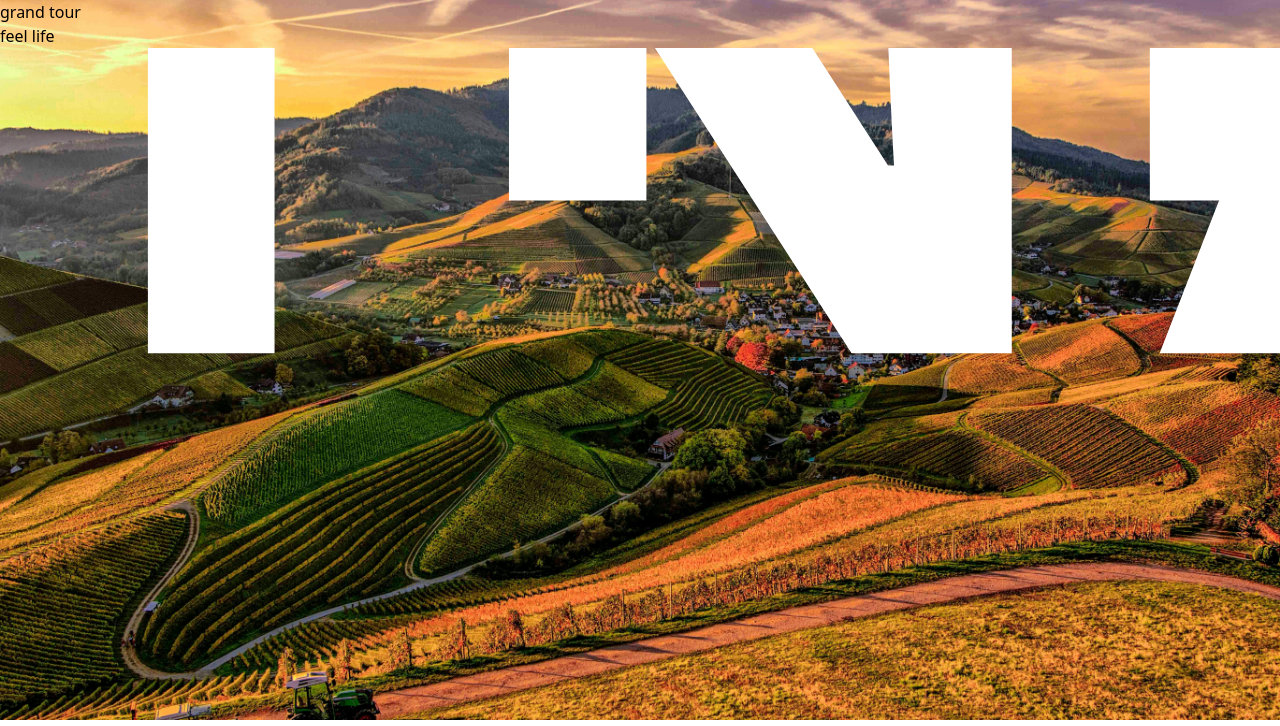
Repository: mikol-ux/Safari
Page: /
An editor plug-in stored every save of this project. The page is shown before and after the next save, followed by the edit.
The browser window is 1280 px wide. The pictures show the whole page.
The project was rebuilt for these pictures with package versions that can differ from the ones it lists, and the page was loaded fresh each time. The framework's server and built-in components were replaced by stand-ins that run in the browser. Also part of the build but not shown: next.config.ts.

Above is the page before, as saved 2025-05-29 02:08:42.

After the next save:
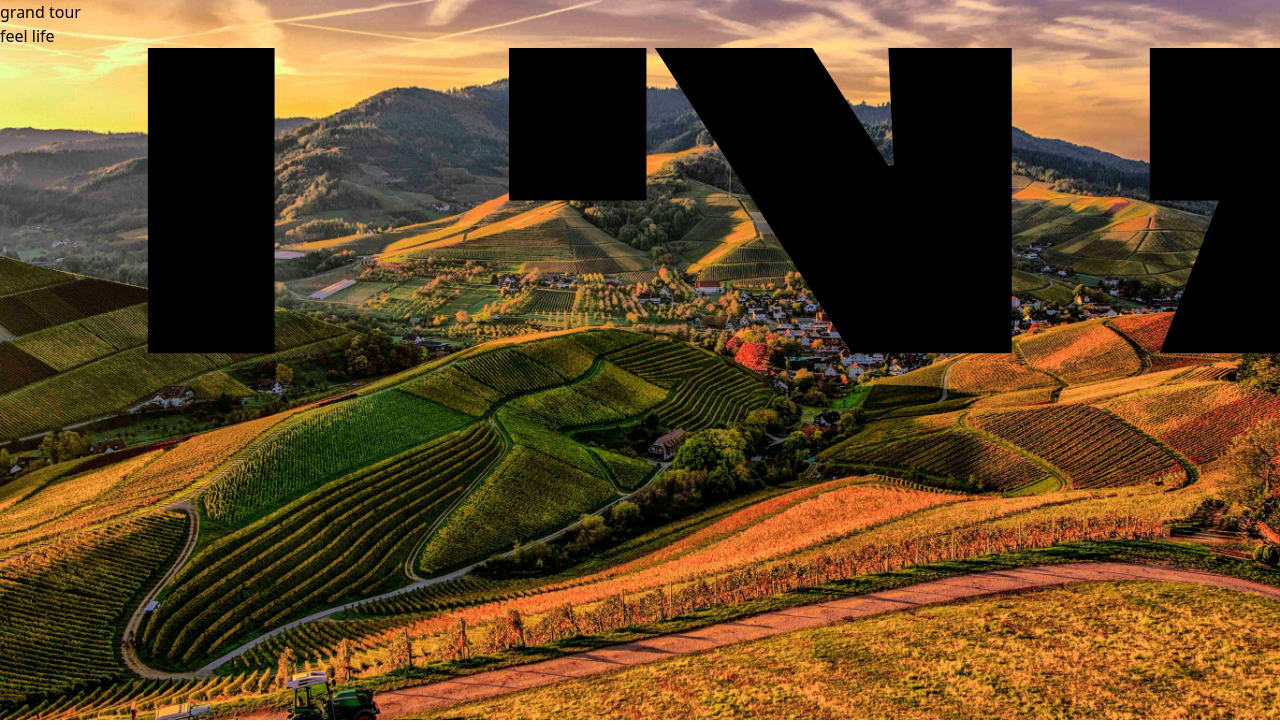
Saved 2 min 15 s later.
--- a/app/page.tsx
+++ b/app/page.tsx
@@ -7,14 +7,11 @@ export default function Home() {
 					<p>feel life</p>
 				</div>
 				<div className="text-right text-[69px] @min-xs:text-[90px] sm:text-[120px] lg:text-[150px] xl:text-[180px] 3xl:text-[215px]">
-					<svg
-						viewBox="0 0 151 80"
-						className="text-center flex justify-center items-center"
-					>
-						<text x="12%" y="18" className=" fill-white">
+					<svg viewBox="0 0 151 80" className="">
+						<text x="12%" y="18" className="">
 							THE SAFARI
 						</text>
-						<text x="0" y="36" className="fill-white">
+						<text x="0" y="36" className="">
 							NATURES BANK
 						</text>
 					</svg>
